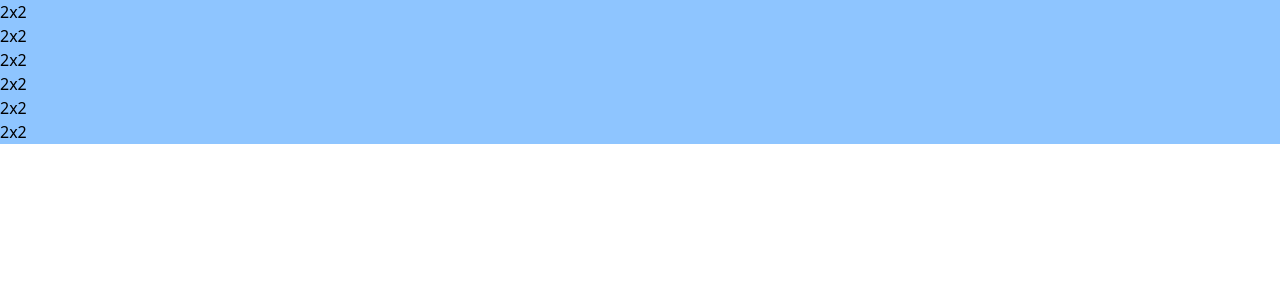
Repository: Abdulahi338/TailwindCss-exercise
Page: Exercise3/index.html
These files come from the project's save history. The page is drawn as it stood at one moment and after the next save; the edit follows.
The browser window is 1280 px wide. The pictures show the whole page.

Above is the page before, as saved 2025-07-27 18:02:12.

After the next save:
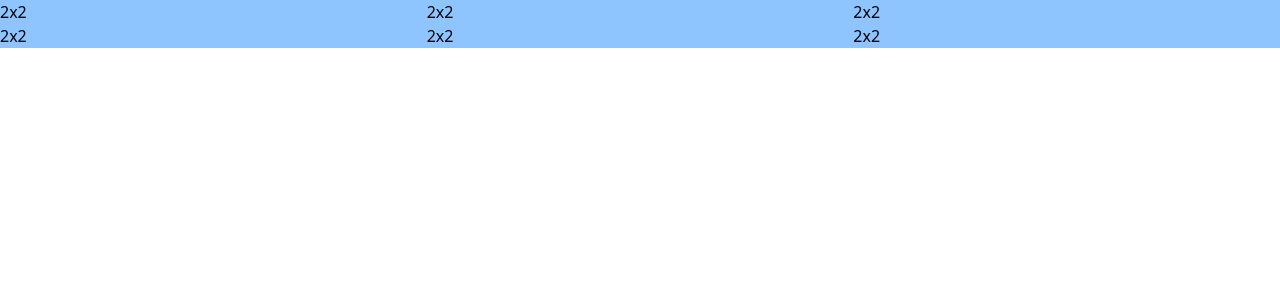
Saved 4 s later.
--- a/Exercise3/index.html
+++ b/Exercise3/index.html
@@ -9,7 +9,7 @@
 </head>
 <body>
 
-    <div class="grid gri">
+    <div class="grid grid-cols-3">
         <div class="bg-blue-300">2x2</div>
         <div class="bg-blue-300">2x2</div>
         <div class="bg-blue-300">2x2</div>
